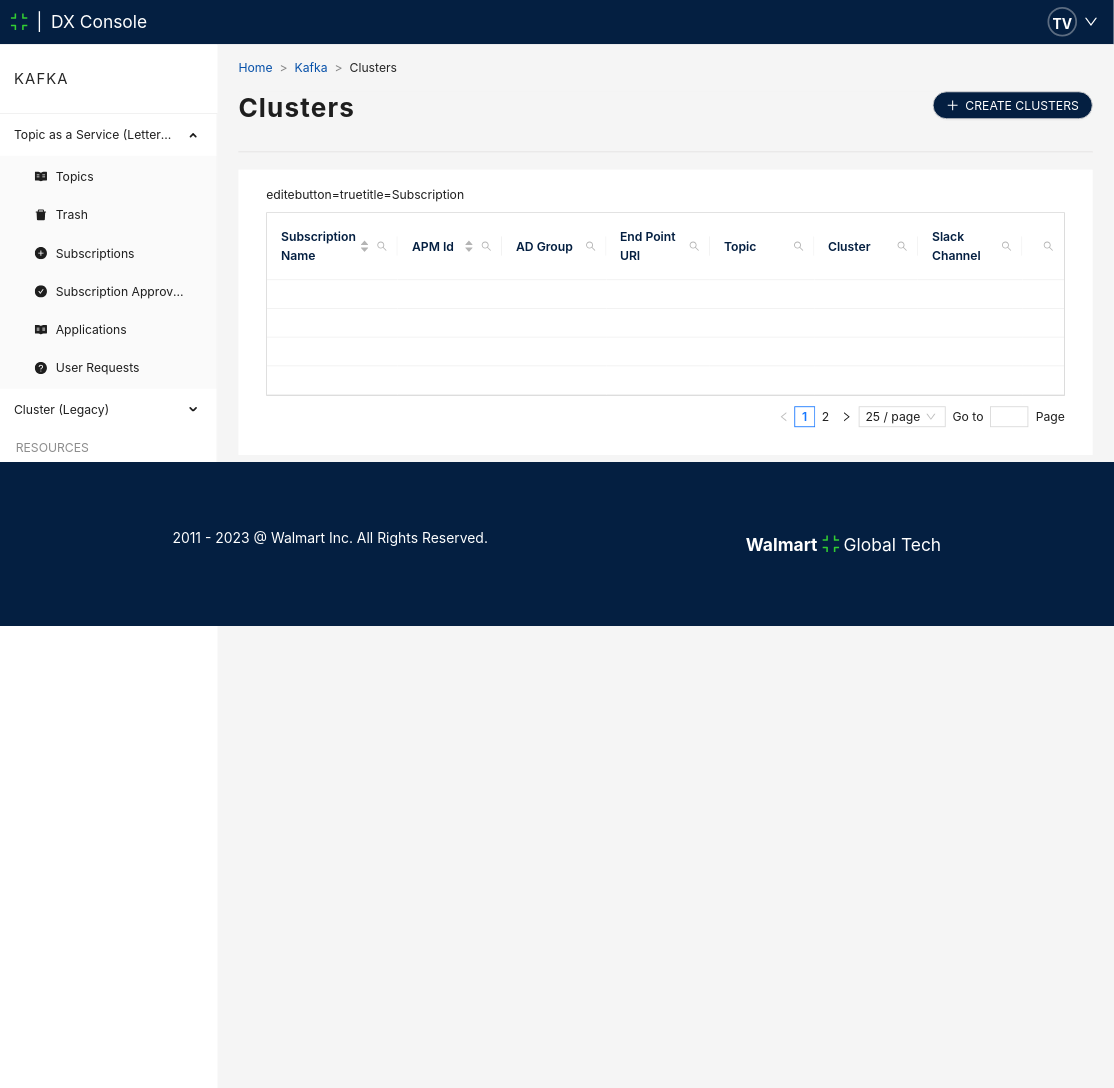
Repository: Qianying-Chai/kafka
Page: /kafka/subscription
These files come from the project's save history. The page is drawn as it stood at one moment and after the next save; the edit follows.
The browser window is 1280 px wide. The pictures show the whole page, at 87% of full size.
The project was rebuilt for these pictures with package versions that can differ from the ones it lists, and the page was loaded fresh each time. Also part of the build but not shown: src/pages/Components/ComponentsInput.jsx, src/pages/Taas/Topics/Topics.jsx, src/pages/Taas/Trash/Style/Trash.css, src/pages/Taas/Trash/Trash.jsx, src/pages/Taas/SubscriptionApprovals/SubscriptionApprovals.jsx, src/pages/Taas/Subscriptions/SubscriptionsNonProxy/SubscriptionsNonProxy.jsx, src/pages/Taas/Subscriptions/SubscriptionsProxy/SubscriptionsProxy.jsx, src/pages/Taas/Applications/Applications.jsx and 7 more.

Above is the page before, as saved 2024-01-12 23:12:23.

After the next save:
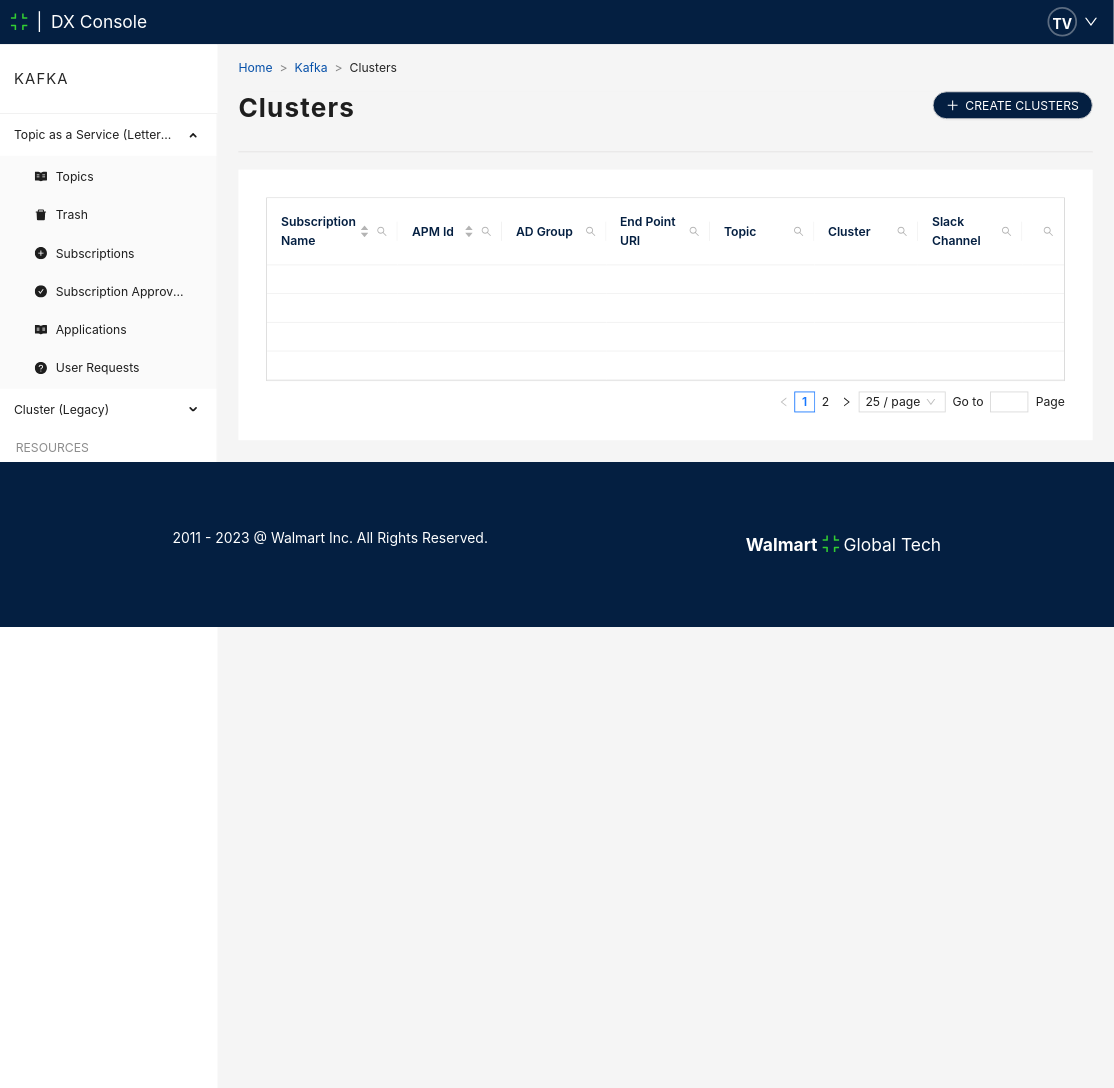
Saved 10 s later.
--- a/src/pages/Cluster/Subscription.jsx
+++ b/src/pages/Cluster/Subscription.jsx
@@ -250,8 +250,6 @@
         </div>
       </div>
       <ComponentsContent>
-        editebutton={"true"}
-        title={categoryConstants.SUBSCRIPTION}
         <ComponentsTable columns={columns} data={data} />
         <ComponentsPagination showQuickJumper defaultPageSize={25} total={50} />
       </ComponentsContent>
